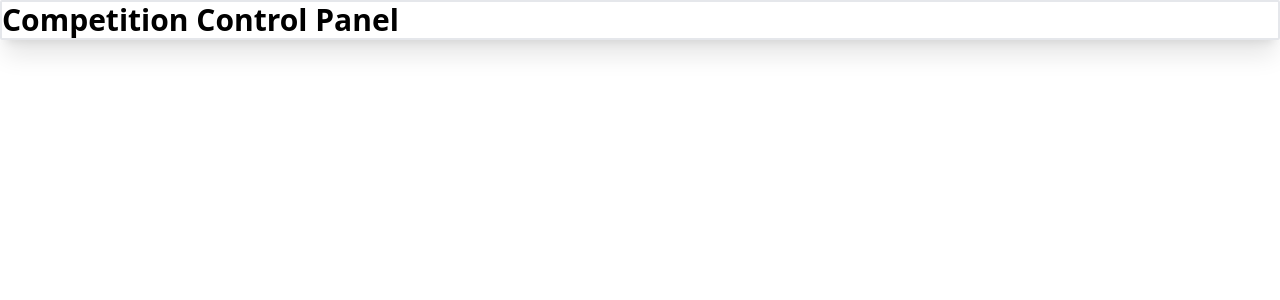
Repository: techieRahul17/blackoutscreen
Page: public/admin1.html
The author's editor kept a copy of each file at every save. The page is drawn from the files as they stood at one save, then again after the next save.
The browser window is 1280 px wide. The pictures show the whole page.
Some web libraries are served in a nearby version.

Above is the page before, as saved 2025-08-28 19:17:05.

### public/admin1.html
<!DOCTYPE html>
<html>
<head>
    <title>Admin Page</title>
    <script src="https://cdn.tailwindcss.com"></script>
    <div>
      <div class="w-100 h-50 rounded-sm border-2 shadow-xl">
       <h1 class="text-3xl font-bold text-black">Competition Control Panel</h1>


    </div>

    </div>
</head>
<body>

</body>





</html>

After the next save:
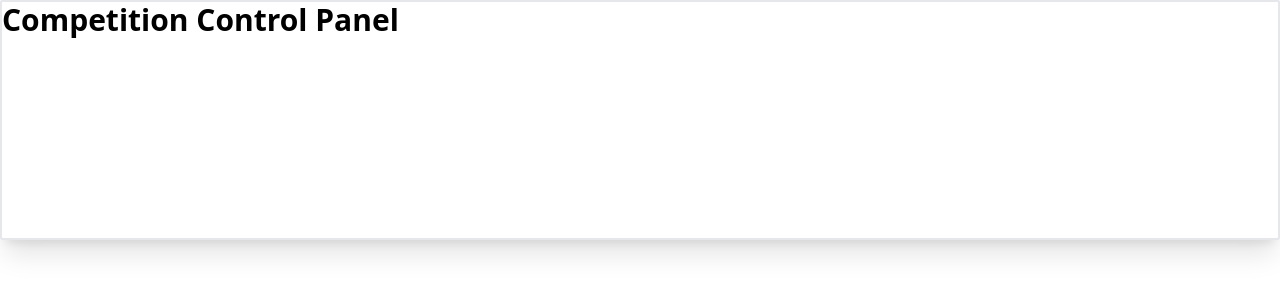
Saved 9 s later.
--- a/public/admin1.html
+++ b/public/admin1.html
@@ -4,7 +4,7 @@
     <title>Admin Page</title>
     <script src="https://cdn.tailwindcss.com"></script>
     <div>
-      <div class="w-100 h-50 rounded-sm border-2 shadow-xl">
+      <div class="w-100 h-60 rounded-sm border-2 shadow-xl">
        <h1 class="text-3xl font-bold text-black">Competition Control Panel</h1>
 
 

After the save that followed:
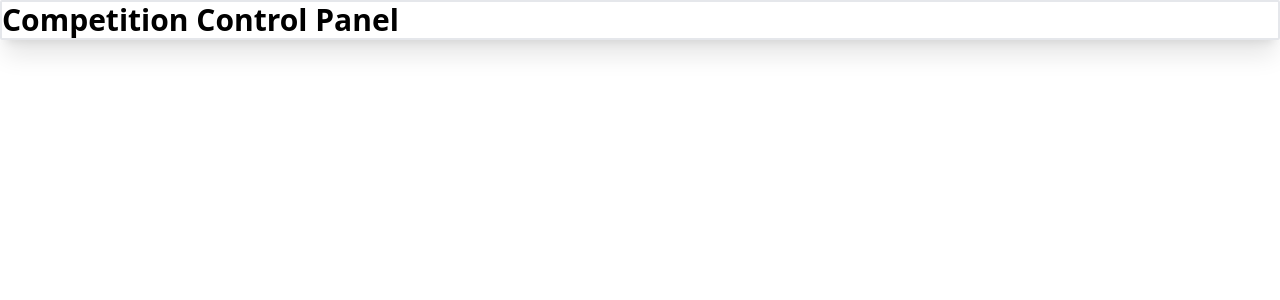
Saved 7 s later.
--- a/public/admin1.html
+++ b/public/admin1.html
@@ -4,7 +4,7 @@
     <title>Admin Page</title>
     <script src="https://cdn.tailwindcss.com"></script>
     <div>
-      <div class="w-100 h-60 rounded-sm border-2 shadow-xl">
+      <div class="w-100 h-55 rounded-sm border-2 shadow-xl">
        <h1 class="text-3xl font-bold text-black">Competition Control Panel</h1>
 
 
